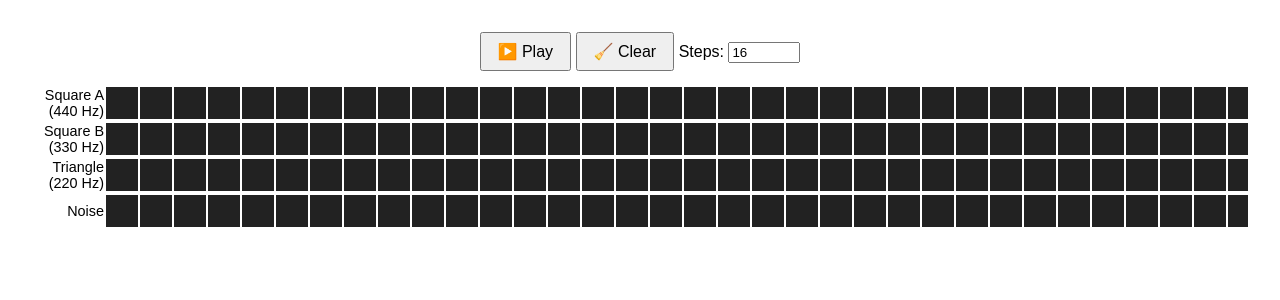
Repository: Aldentec/8-bit-Composer
Page: index.html
An editor plug-in stored every save of this project. The page is shown before and after the next save, followed by the edit.
The browser window is 1280 px wide. The pictures show the whole page.
Some web libraries are served in a nearby version.

Above is the page before, as saved 2025-05-28 08:48:52.

After the next save:
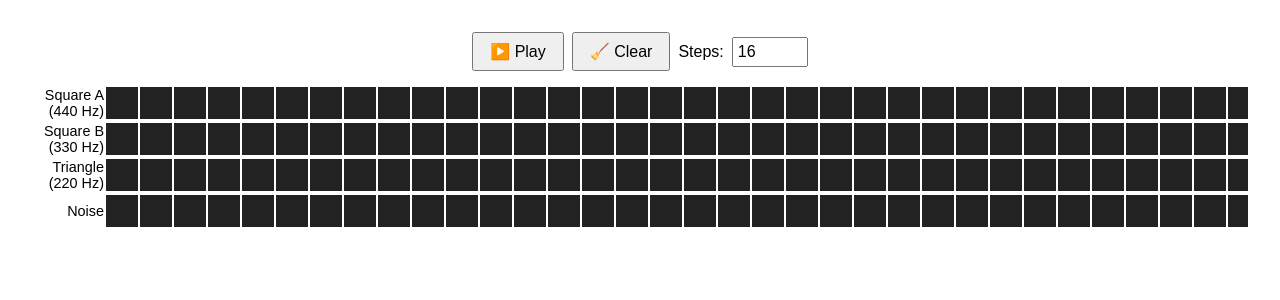
Saved 8 s later.
--- a/style.css
+++ b/style.css
@@ -47,3 +47,15 @@ button {
   padding: 0.5rem 1rem;
   font-size: 1rem;
 }
+
+#controls {
+  display: flex;
+  gap: 0.5rem;
+  justify-content: center;
+  align-items: center;
+  margin-bottom: 1rem;
+}
+#controls input[type="number"] {
+  padding: 0.25rem;
+  font-size: 1rem;
+}
